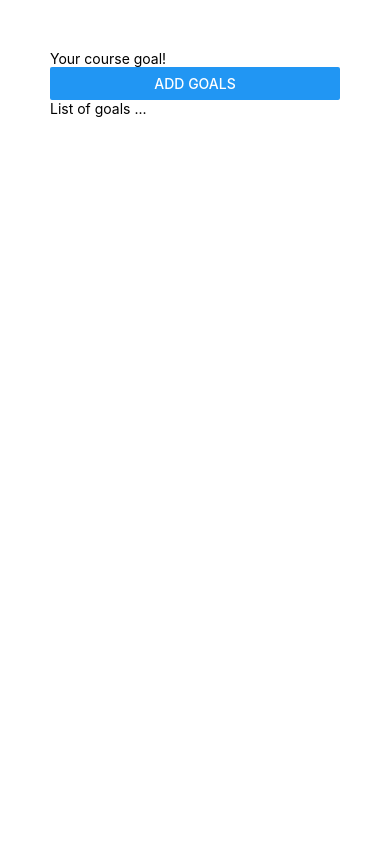
Repository: vanh1604/Todo-List
Screen: /
The author's editor kept a copy of each file at every save. The screen is drawn from the files as they stood at one save, then again after the next save.
The app was drawn by React Native's web renderer in a window 390 px wide. The project was rebuilt for these pictures with package versions that can differ from the ones it lists, and the page was loaded fresh each time.

Above is the screen before, as saved 2023-06-16 15:18:50.

### App.js
import { StyleSheet, Text, TextInput, View, Button } from "react-native";

export default function App() {
  return (
    <View style={styles.appContainer}>
      <View>
        <TextInput placeholder="Your course goal!"></TextInput>
        <Button title="Add goals" />
      </View>
      <View>
        <Text>List of goals ...</Text>
      </View>
    </View>
  );
}

const styles = StyleSheet.create({
  appContainer: {
    padding: 50,
  },
  inputContainer: {
    flexDirection: "row",
  },
});

After the next save:
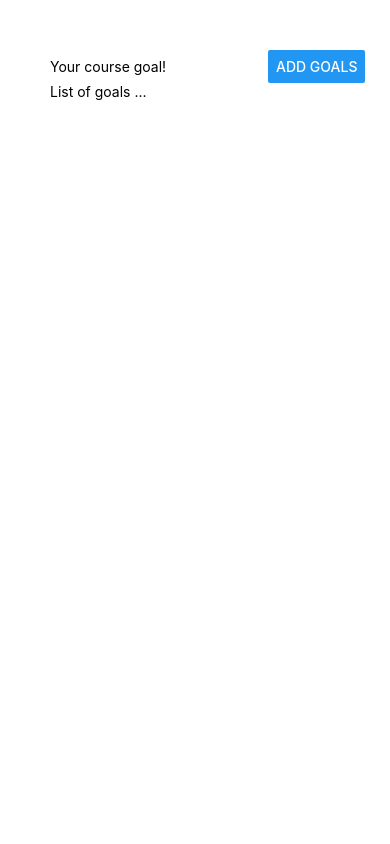
Saved 15 s later.
--- a/App.js
+++ b/App.js
@@ -3,7 +3,7 @@ import { StyleSheet, Text, TextInput, View, Button } from "react-native";
 export default function App() {
   return (
     <View style={styles.appContainer}>
-      <View>
+      <View style={styles.inputContainer}>
         <TextInput placeholder="Your course goal!"></TextInput>
         <Button title="Add goals" />
       </View>
